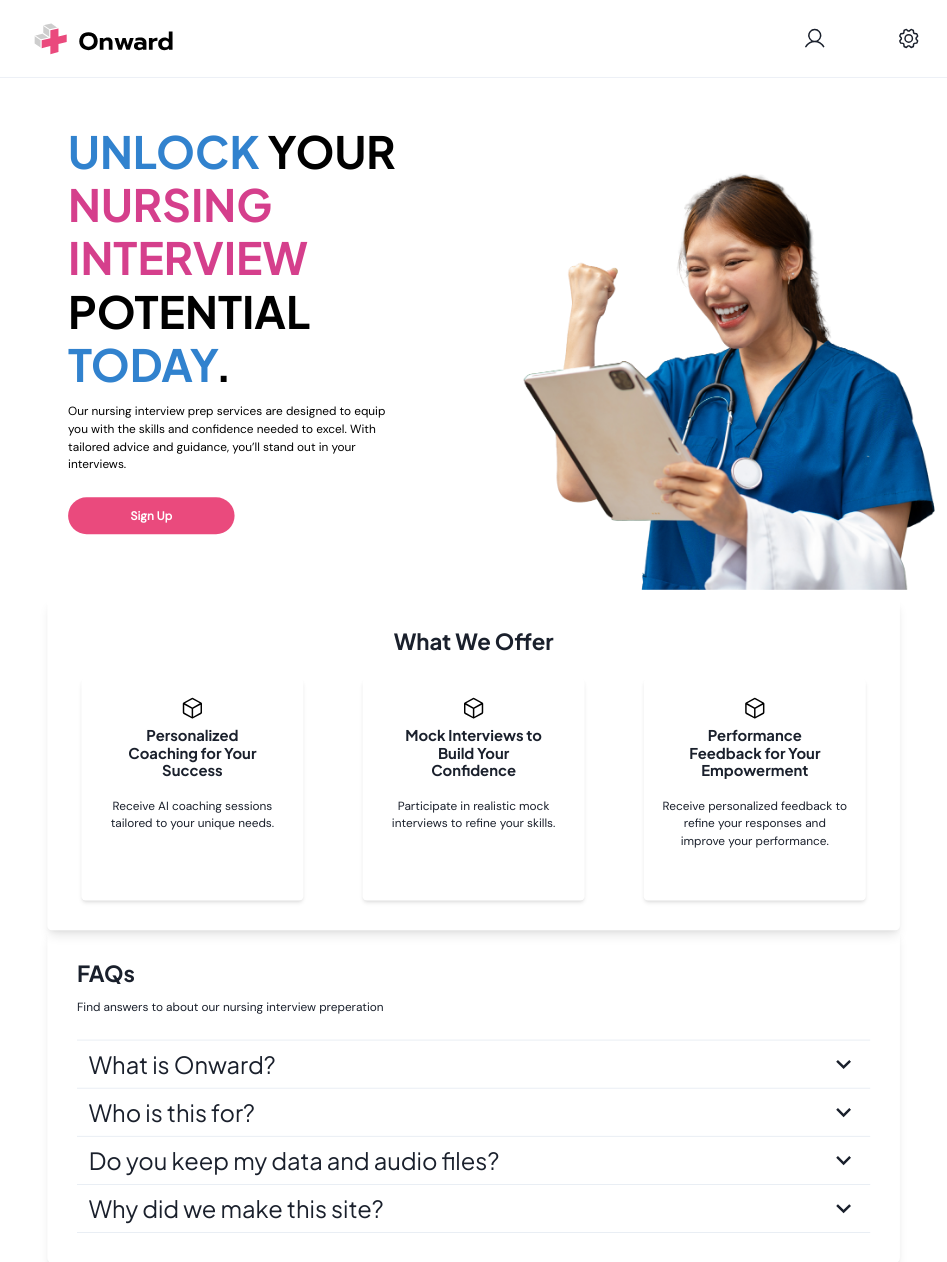
Repository: Aladdin3r/onward
Page: /landing-page
The author's editor kept a copy of each file at every save. The page is drawn from the files as they stood at one save, then again after the next save.
The browser window is 1280 px wide. The pictures show the whole page, at 74% of full size.
The project was rebuilt for these pictures with package versions that can differ from the ones it lists, and the page was loaded fresh each time. The framework's server and built-in components were replaced by stand-ins that run in the browser. Also part of the build but not shown: next.config.mjs, styles/components/AppTopNav.js, styles/components/Layout.js.

Above is the page before, as saved 2024-10-29 03:01:39.

### pages/_app.js
import { ChakraProvider } from "@chakra-ui/react";
import theme from "@/styles/theme";

function MyApp({ Component, pageProps }) {
  return (
    <ChakraProvider theme={theme}>
      <Component {...pageProps} />
    </ChakraProvider>
  );
}

export default MyApp;

### pages/_document.js
import { Html, Head, Main, NextScript } from "next/document";

export default function Document() {
  return (
    <Html lang="en">
      <Head>
        <link
          href="https://fonts.googleapis.com/css2?family=DM+Sans:wght@400&family=Plus+Jakarta+Sans:wght@400;600;700&display=swap"
          rel="stylesheet"
        />
      </Head>
      <body>
        <Main />
        <NextScript />
      </body>
    </Html>
  );
}

### pages/landing-page.js
import {
    Box,
    Flex,
    Heading,
    Text,
    Stack,
    Button,
    Accordion,
    AccordionItem,
    AccordionButton,
    AccordionPanel,
    AccordionIcon,
    Image
} from "@chakra-ui/react";
import Layout from "@/styles/components/Layout";
import TopNav from "@/styles/components/TopNav";
import AppTopNav from "@/styles/components/AppTopNav";
import { useRouter } from 'next/router';

export default function Home() {
    const router = useRouter();

    // Button action function
    const handleSignUp = () => {
        router.push('/signup'); // Navigate to the sign-up page
    };

    return (
        <>
            {/* Hero Section */}
            <TopNav />

            <Flex //hero card
                p={3}
                width="100%"
                mb={0}
                flexDirection="row"
                alignItems="center"
                justifyContent="space-between"
                gap="2rem"  // Adds a gap between text and image
            >

                <Flex //left text
                    flexDirection="column" zIndex={1}
                    ml="20"
                >
                    <Heading
                        fontFamily="heading"
                        fontSize="6xl"
                        fontWeight="bold"
                        width="88%"
                        mb={4}
                    >
                        <Text as="span" color="blue.500">UNLOCK </Text>
                        <Text as="span" color="black">YOUR </Text>
                        <Text as="span" color="pink.500">NURSING INTERVIEW </Text>
                        <Text as="span" color="black">POTENTIAL </Text>
                        <Text as="span" color="blue.500">TODAY</Text>
                        <Text as="span" color="black">. </Text>
                    </Heading>
                    <Text fontFamily="body" fontSize="x" color="black" mb={6} width="78%">
                        Our nursing interview prep services are designed to equip you with the skills and confidence needed to excel. With tailored advice and guidance, you’ll stand out in your interviews.
                    </Text>
                    <Button
                        mt="2"
                        bg="#EA4A7D"
                        color="#FFFFFF"
                        width="50%"
                        height="50px"
                        maxW="225px"
                        fontWeight="semibold"
                        fontSize="16px"
                        borderRadius="full"
                        px="6"
                        mb="6"
                    >
                        Sign Up
                    </Button>
                </Flex>

                <Box width="45%" flexShrink={0}>
                    <Image
                        src="/images/ipad-nurse.png"
                        alt="IPad Nurse"
                        width="100%"
                        height="auto"
                        objectFit="cover"

                    />
                </Box>

            </Flex>



            {/* What We Offer Section */}
            <Box p={10} textAlign="center" borderRadius="md" boxShadow="lg" maxW="90%" mx="auto" >
                <Heading fontFamily="heading" fontSize="3xl" mb={8}>What We Offer</Heading>
                <Flex justify="center" gap={20}>
                    <Stack width="300px" height="300px" borderRadius="md" boxShadow="md" p={6} textAlign="center" alignItems="center">
                        <svg xmlns="http://www.w3.org/2000/svg" width="32" height="32" fill="#000000" viewBox="0 0 256 256"><path d="M223.68,66.15,135.68,18h0a15.88,15.88,0,0,0-15.36,0l-88,48.17a16,16,0,0,0-8.32,14v95.64a16,16,0,0,0,8.32,14l88,48.17a15.88,15.88,0,0,0,15.36,0l88-48.17a16,16,0,0,0,8.32-14V80.18A16,16,0,0,0,223.68,66.15ZM128,32h0l80.34,44L128,120,47.66,76ZM40,90l80,43.78v85.79L40,175.82Zm96,129.57V133.82L216,90v85.78Z"></path></svg>
                        <Heading width="80%" fontFamily="heading" fontSize="xl" mb={4}>Personalized Coaching for Your Success</Heading>
                        <Text fontFamily="body">
                            Receive AI coaching sessions tailored to your unique needs.
                        </Text>
                    </Stack>
                    <Stack width="300px" borderRadius="md" boxShadow="md" p={6} textAlign="center" alignItems="center">
                        <svg xmlns="http://www.w3.org/2000/svg" width="32" height="32" fill="#000000" viewBox="0 0 256 256"><path d="M223.68,66.15,135.68,18h0a15.88,15.88,0,0,0-15.36,0l-88,48.17a16,16,0,0,0-8.32,14v95.64a16,16,0,0,0,8.32,14l88,48.17a15.88,15.88,0,0,0,15.36,0l88-48.17a16,16,0,0,0,8.32-14V80.18A16,16,0,0,0,223.68,66.15ZM128,32h0l80.34,44L128,120,47.66,76ZM40,90l80,43.78v85.79L40,175.82Zm96,129.57V133.82L216,90v85.78Z"></path></svg>
                        <Heading width="80%" fontFamily="heading" fontSize="xl" mb={4}>Mock Interviews to Build Your Confidence</Heading>
                        <Text fontFamily="body">
                            Participate in realistic mock interviews to refine your skills.
                        </Text>
                    </Stack>
                    <Stack width="300px" borderRadius="md" boxShadow="md" p={6} textAlign="center" alignItems="center">
                        <svg xmlns="http://www.w3.org/2000/svg" width="32" height="32" fill="#000000" viewBox="0 0 256 256"><path d="M223.68,66.15,135.68,18h0a15.88,15.88,0,0,0-15.36,0l-88,48.17a16,16,0,0,0-8.32,14v95.64a16,16,0,0,0,8.32,14l88,48.17a15.88,15.88,0,0,0,15.36,0l88-48.17a16,16,0,0,0,8.32-14V80.18A16,16,0,0,0,223.68,66.15ZM128,32h0l80.34,44L128,120,47.66,76ZM40,90l80,43.78v85.79L40,175.82Zm96,129.57V133.82L216,90v85.78Z"></path></svg>
                        <Heading width="80%" fontFamily="heading" fontSize="xl" mb={4}>Performance Feedback for Your Empowerment</Heading>
                        <Text fontFamily="body">
                            Receive personalized feedback to refine your responses and improve your performance.
                        </Text>
                    </Stack>
                </Flex>
            </Box>

            {/* FAQ Section */}
            <Box p={10} borderRadius="md" boxShadow="lg" maxW="90%" mx="auto">
                <Heading fontFamily="heading" fontSize="3xl" textAlign="left" mb={4}>FAQs</Heading>
                <Text fontFamily="body" fontSize="s" textAlign="left" mb={8}>
                    Find answers to about our nursing interview preperation
                </Text>
                <Accordion allowToggle>
                    <AccordionItem>
                        <h2>
                            <AccordionButton>
                                <Box as="span" flex="1" textAlign="left" fontFamily="heading">What is Onward?</Box>
                                <AccordionIcon />
                            </AccordionButton>
                        </h2>
                        <AccordionPanel pb={4} fontFamily="body">
                            Onward is an AI-powered personal interview coach designed for nurses to enhance their job interview skills.
                        </AccordionPanel>
                    </AccordionItem>
                    <AccordionItem>
                        <h2>
                            <AccordionButton>
                                <Box as="span" flex="1" textAlign="left" fontFamily="heading">Who is this for?</Box>
                                <AccordionIcon />
                            </AccordionButton>
                        </h2>
                        <AccordionPanel pb={4} fontFamily="body">
                            This service is designed for nurses, especially those new to the Canadian healthcare system.
                        </AccordionPanel>
                    </AccordionItem>
                    <AccordionItem>
                        <h2>
                            <AccordionButton>
                                <Box as="span" flex="1" textAlign="left" fontFamily="heading">Do you keep my data and audio files?</Box>
                                <AccordionIcon />
                            </AccordionButton>
                        </h2>
                        <AccordionPanel pb={4} fontFamily="body">
                            Yes, we securely store data as per our privacy policy to enhance your interview coaching experience.
                        </AccordionPanel>
                    </AccordionItem>
                    <AccordionItem>
                        <h2>
                            <AccordionButton>
                                <Box as="span" flex="1" textAlign="left" fontFamily="heading">Why did we make this site?</Box>
                                <AccordionIcon />
                            </AccordionButton>
                        </h2>
                        <AccordionPanel pb={4} fontFamily="body">
                            Onward aims to empower nurses by providing interview preparation tools tailored to their needs.
                        </AccordionPanel>
                    </AccordionItem>
                </Accordion>
            </Box>
        </>
    );
}

### styles/theme.js
import { extendTheme } from "@chakra-ui/react";
import { theme as chakraTheme } from "@chakra-ui/react";
import Button from './components/Button';
import { Stepper } from "@chakra-ui/react";

const fonts = {
    ...chakraTheme.fonts,
    body: "DM Sans",
    heading: "Plus Jakarta Sans",
}

const overrides = {
    ...chakraTheme,
    fonts,
    components: {
        Button: {
            ...Button,
        },
    },
    fontWeights: {
        normal: 400,
        medium: 500,
        bold: 700,
    },
    fontSizes: {
        xxs: "14pt",
        xs: "16pt",
        sm: "20pt",
        md: "24pt",
        lg: "32pt",
    },
    colors: {
       brand: {
        blushPink: "#EA4A7D",
        pastelBlue: "#CBD5FF",
        blueberryCreme: "#EBEFFF",
        frostWhite: "#FAFAFA",
        nightBlack: "#1f1f1f",
        platinum: "#e2e2e2",
        confirmationGreen: "#61CD3D",
        imperialRed: "EA4A4D",
        canaryYellow: "#EAE84A",
        oceanBlue: "#214DDF",
        pureWhite: "#FFFFFF"
        }
    },
    styles: {
        global: {
            body: {
                bg: "frostWhite",
            },
        },
    },
}

const customTheme = extendTheme(overrides);

export default customTheme;

### styles/components/TopNav.js
'use client'
import {
    Box,
    Flex,
    useColorModeValue,
    IconButton,
    Image,
    Link,
} from "@chakra-ui/react";
import { User, Gear } from "@phosphor-icons/react";

export default function TopNav() {
    const bgColor = useColorModeValue('#fff', 'brand.nightBlack');

    return (
        <Box bg={bgColor} px={4} borderBottom="1px solid #E6EAF2">
            <Flex h={"104px"} alignItems={'center'} justifyContent={'space-between'}>
                <Box fontSize={{ base: 'md', md: 'lg' }}>
                    <Link href="/">
                        <Image src="logo.svg" boxSize="253px" alt="Onward Logo" style={{ padding: "30px" }} />
                    </Link>
                </Box>
                <Flex alignItems={'center'}>
                    <Link href="/user">
                        <IconButton
                            aria-label="User settings"
                            icon={<User />}
                            variant="ghost"
                            mr="55px"
                        />
                    </Link>
                    <Link href="/settings">
                        <IconButton
                            aria-label="Settings"
                            icon={<Gear />}
                            variant="ghost"
                        />
                    </Link>
                </Flex>
            </Flex>
        </Box>
    );
}

### styles/components/Button.js
const Button = {
    baseStyle: {
      display: 'flex',
      borderRadius: '999px',
      fontFamily: 'DM Sans',
      _hover: {
        boxShadow: '0px 4px 4px 0px rgba(0, 0, 0, 0.45)',
      },
      padding: 3,
    },
    sizes: {
      xs: {
        fontSize: ['12pt', '14pt', '16pt'], // Responsive font sizes for xs
        px: [2, 3], // Responsive padding
      },
      sm: {
        fontSize: ['14pt', '16pt', '20pt'],
        px: [2, 4],
      },
      md: {
        fontSize: ['16pt', '20pt', '24pt'],
        px: [3, 5],
      },
      lg: {
        fontSize: ['20pt', '28pt', '32pt'],
        px: [4, 6],
      },
    },
    variants: {
      lgPrimary: {
        bg: 'brand.blushPink',
        color: 'brand.frostWhite',
        width: ['100%', '325px'], // 100% width on smaller screens
        height: '72px',
        fontSize: ['20pt', '28pt', '32pt'], // Responsive font size
        borderRadius: '999px',
      },
      mdPrimary: {
        bg: 'brand.blushPink',
        color: 'brand.frostWhite',
        width: ['100%', '225px'],
        height: '72px',
        fontSize: ['16pt', '20pt', '24pt'],
        borderRadius: '999px',
      },
      smPrimary: {
        bg: 'brand.blushPink',
        color: 'brand.frostWhite',
        width: ['100%', '150px'],
        height: '64px',
        fontSize: ['14pt', '16pt', '20pt'],
        borderRadius: '999px',
      },
      xsPrimary: {
        bg: 'brand.blushPink',
        color: 'brand.frostWhite',
        width: ['100%', '117px'],
        height: '32px',
        fontSize: ['12pt', '14pt', '18pt'],
        borderRadius: '999px',
      },
      lgSecondary: {
        bg: 'brand.platinum',
        color: 'brand.nightBlack',
        width: ['100%', '325px'],
        height: '72px',
        fontSize: ['20pt', '28pt', '32pt'],
        borderRadius: '999px',
        _hover: {
          bg: 'brand.blushPink',
          color: 'brand.frostWhite',
          boxShadow: '0px 4px 4px 0px rgba(0, 0, 0, 0.45)',
        },
      },
      mdSecondary: {
        bg: 'brand.platinum',
        color: 'brand.nightBlack',
        width: ['100%', '225px'],
        height: '72px',
        fontSize: ['16pt', '20pt', '24pt'],
        borderRadius: '999px',
        _hover: {
          bg: 'brand.blushPink',
          color: 'brand.frostWhite',
          boxShadow: '0px 4px 4px 0px rgba(0, 0, 0, 0.45)',
        },
      },
      smSecondary: {
        bg: 'brand.platinum',
        color: 'brand.nightBlack',
        width: ['100%', '150px'],
        height: '64px',
        fontSize: ['14pt', '16pt', '20pt'],
        borderRadius: '999px',
        _hover: {
          bg: 'brand.blushPink',
          color: 'brand.frostWhite',
          boxShadow: '0px 4px 4px 0px rgba(0, 0, 0, 0.45)',
        },
      },
      xsSecondary: {
        bg: 'brand.platinum',
        color: 'brand.nightBlack',
        width: ['100%', '117px'],
        height: '32px',
        fontSize: ['12pt', '14pt', '18pt'],
        borderRadius: '999px',
        _hover: {
          bg: 'brand.blushPink',
          color: 'brand.frostWhite',
          boxShadow: '0px 4px 4px 0px rgba(0, 0, 0, 0.45)',
        },
      },
    },
  };

  export default Button;

Loaded but not shown: styles/components/SideNav.js (162 lines, source omitted)

After the next save:
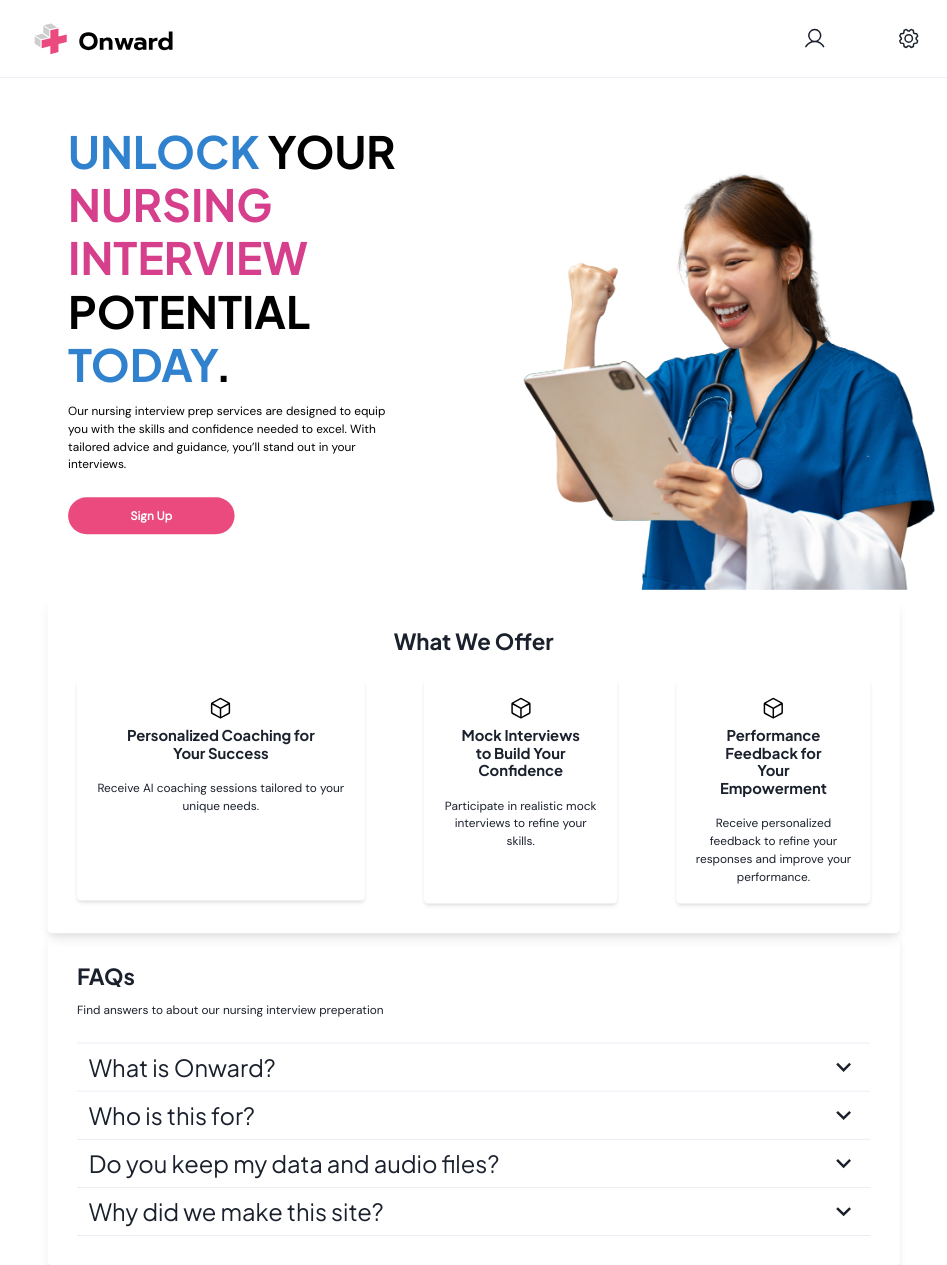
Saved 18 s later.
--- a/pages/landing-page.js
+++ b/pages/landing-page.js
@@ -97,7 +97,7 @@
             <Box p={10} textAlign="center" borderRadius="md" boxShadow="lg" maxW="90%" mx="auto" >
                 <Heading fontFamily="heading" fontSize="3xl" mb={8}>What We Offer</Heading>
                 <Flex justify="center" gap={20}>
-                    <Stack width="300px" height="300px" borderRadius="md" boxShadow="md" p={6} textAlign="center" alignItems="center">
+                    <Stack width="450px" height="300px" borderRadius="md" boxShadow="md" p={6} textAlign="center" alignItems="center">
                         <svg xmlns="http://www.w3.org/2000/svg" width="32" height="32" fill="#000000" viewBox="0 0 256 256"><path d="M223.68,66.15,135.68,18h0a15.88,15.88,0,0,0-15.36,0l-88,48.17a16,16,0,0,0-8.32,14v95.64a16,16,0,0,0,8.32,14l88,48.17a15.88,15.88,0,0,0,15.36,0l88-48.17a16,16,0,0,0,8.32-14V80.18A16,16,0,0,0,223.68,66.15ZM128,32h0l80.34,44L128,120,47.66,76ZM40,90l80,43.78v85.79L40,175.82Zm96,129.57V133.82L216,90v85.78Z"></path></svg>
                         <Heading width="80%" fontFamily="heading" fontSize="xl" mb={4}>Personalized Coaching for Your Success</Heading>
                         <Text fontFamily="body">

After the 2 saves that followed:
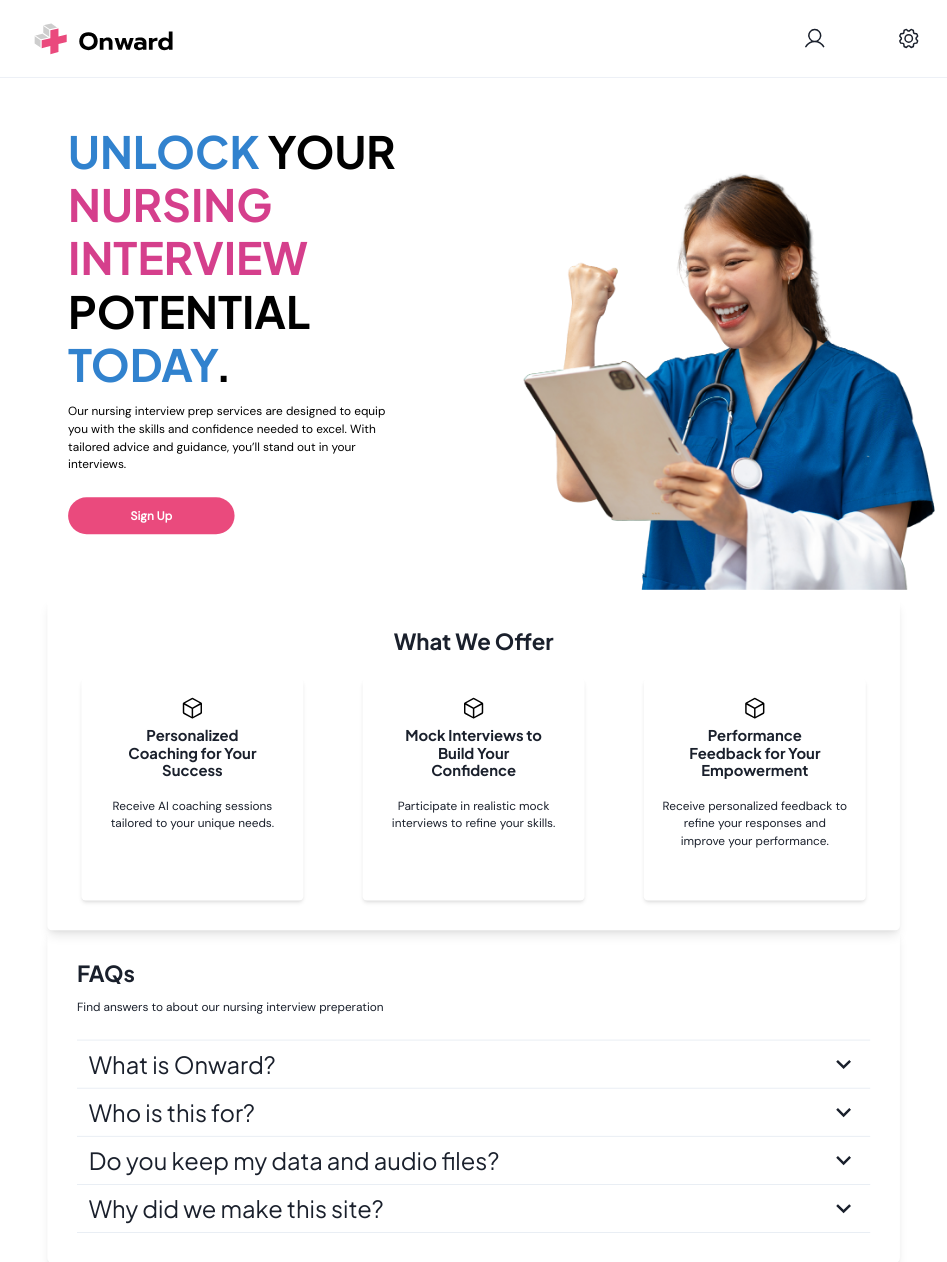
The 2 saves are shown as one change because they came seconds apart.
The last was saved 8 s later.
--- a/pages/landing-page.js
+++ b/pages/landing-page.js
@@ -97,7 +97,7 @@
             <Box p={10} textAlign="center" borderRadius="md" boxShadow="lg" maxW="90%" mx="auto" >
                 <Heading fontFamily="heading" fontSize="3xl" mb={8}>What We Offer</Heading>
                 <Flex justify="center" gap={20}>
-                    <Stack width="450px" height="300px" borderRadius="md" boxShadow="md" p={6} textAlign="center" alignItems="center">
+                    <Stack width="300px" height="300px" borderRadius="md" boxShadow="md" p={6} textAlign="center" alignItems="center">
                         <svg xmlns="http://www.w3.org/2000/svg" width="32" height="32" fill="#000000" viewBox="0 0 256 256"><path d="M223.68,66.15,135.68,18h0a15.88,15.88,0,0,0-15.36,0l-88,48.17a16,16,0,0,0-8.32,14v95.64a16,16,0,0,0,8.32,14l88,48.17a15.88,15.88,0,0,0,15.36,0l88-48.17a16,16,0,0,0,8.32-14V80.18A16,16,0,0,0,223.68,66.15ZM128,32h0l80.34,44L128,120,47.66,76ZM40,90l80,43.78v85.79L40,175.82Zm96,129.57V133.82L216,90v85.78Z"></path></svg>
                         <Heading width="80%" fontFamily="heading" fontSize="xl" mb={4}>Personalized Coaching for Your Success</Heading>
                         <Text fontFamily="body">
